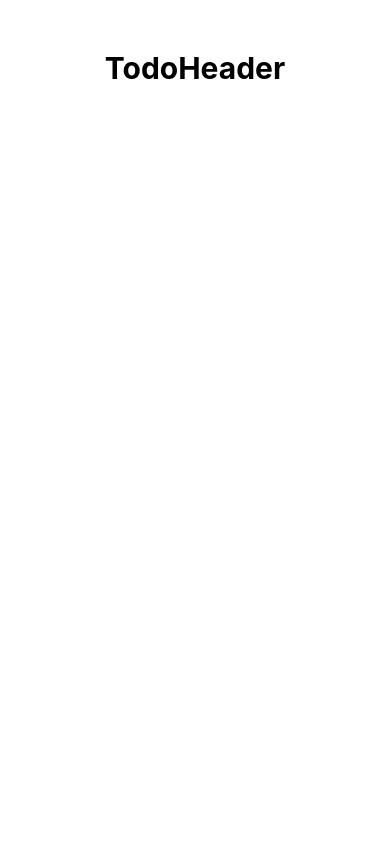
Repository: itadori17/Redux-Todo
Screen: /
An editor plug-in stored every save of this project. The screen is shown before and after the next save, followed by the edit.
The app was drawn by React Native's web renderer in a window 390 px wide. The project was rebuilt for these pictures with package versions that can differ from the ones it lists, and the page was loaded fresh each time.

Above is the screen before, as saved 2022-08-16 15:50:26.

### App.js
import { StatusBar } from 'expo-status-bar';
import { StyleSheet, Text, View, SafeAreaView } from 'react-native';

//importing Todo
import TodoHeader from './src/components/TodoHeader';

export default function App() {

  const RootApp = () => {
    return (
      <SafeAreaView>
        <TodoHeader/>
      </SafeAreaView>
    );
  };

  return (
    <View>
      <RootApp/>
    </View>
  );
}

### src/components/TodoHeader.js
import { StyleSheet, Text, View } from 'react-native';
import React from 'react';

const TodoHeader = () => {
    return (
        <View>
            <Text style={{
                fontSize: 30,
                fontWeight: 'bold',
                textAlign: 'center',
                marginTop: 50,
            }}
            >
             TodoHeader
                </Text>
        </View>
    )
}

export default TodoHeader;

const styles = StyleSheet.create({});

After the next save:
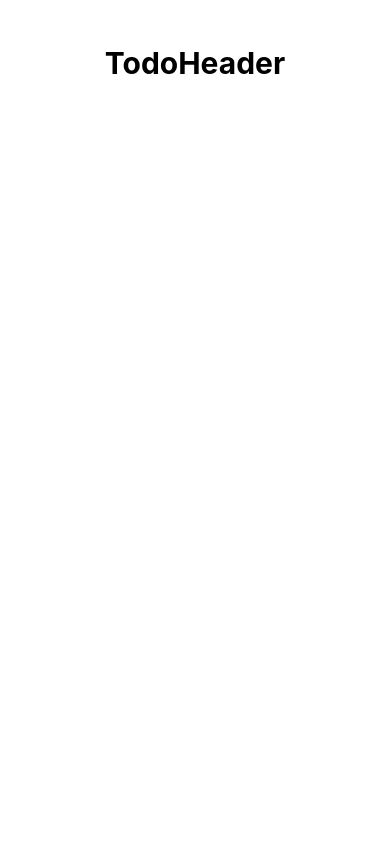
Saved 4 s later.
--- a/src/components/TodoHeader.js
+++ b/src/components/TodoHeader.js
@@ -8,7 +8,7 @@ const TodoHeader = () => {
                 fontSize: 30,
                 fontWeight: 'bold',
                 textAlign: 'center',
-                marginTop: 50,
+                marginTop: 45,
             }}
             >
              TodoHeader
